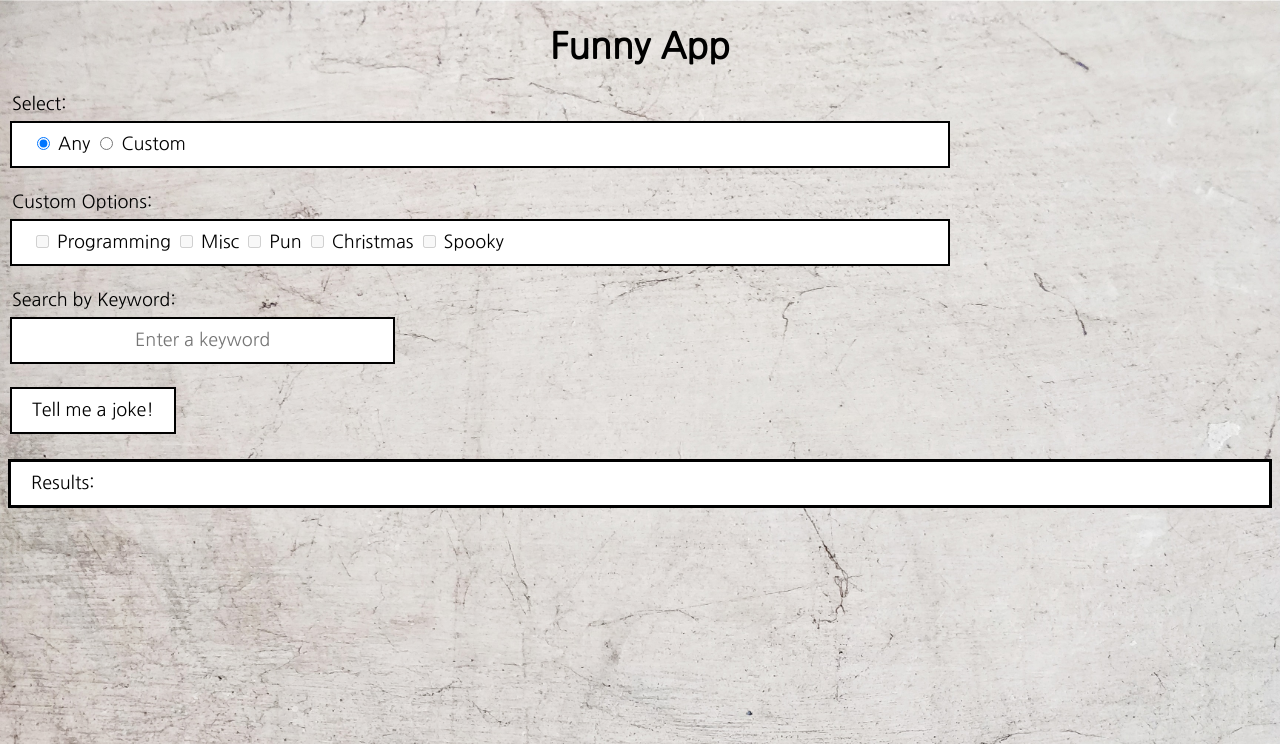
Repository: kaitlynMidori/dadJokeApi
Page: index.html
The author's editor kept a copy of each file at every save. The page is drawn from the files as they stood at one save, then again after the next save.
The browser window is 1280 px wide. The pictures show the whole page.
Some web libraries are served in a nearby version.

Above is the page before, as saved 2021-01-08 12:52:38.

### index.html
<!DOCTYPE html>
<html lang="en">
<head>
    <meta charset="UTF-8">
    <meta name="viewport" content="width=device-width, initial-scale=1.0">
    <title>Joke App</title>
    <link href="style.css" rel="stylesheet" type="text/css" />
    <link rel="preconnect" href="https://fonts.gstatic.com">
    <link href="https://fonts.googleapis.com/css2?family=Nanum+Gothic&display=swap" rel="stylesheet">

</head>
<body>
    <div id="container">
        <header>
            <h1>Funny App</h1>
        </header>

        <legend>Select:</legend>
        <fieldset id="select">
                <div id="form-check">
                    <input type="radio"  id="any" name="type" value="Any" checked>
                    <label for="any">Any</label>

                    <input type="radio"  id="custom" name="type" value="Custom">
                    <label for="custom">Custom</label>
                </div>
        </fieldset>

        <br>

        <legend>Custom Options:</legend>
        <fieldset id="options" disabled>
                <div id="form-check form-check-inline">
                    <input type="checkbox" id="coding" name="category" value="Programming">
                    <label for="coding">Programming</label>

                    <input type="checkbox" id="misc" name="category" value="Miscellaneous">
                    <label for="misc">Misc</label>

                    <input type="checkbox" id="pun" name="category" value="Pun">
                    <label for="pun">Pun</label>

                    <input type="checkbox" id="chris" name="category" value="Christmas">
                    <label for="chris">Christmas</label>

                    <!-- <input type="checkbox" id="dark" name="category" value="dark">
                    <label for="dark">Dark</label> -->

                    <input type="checkbox" id="spooky" name="category" value="spooky">
                    <label for="spooky">Spooky</label>
                </div>
        </fieldset>


        <br>

            <form>
                <legend>Search by Keyword:</legend>
                <input type="form-control" placeholder="Enter a keyword" id="keyword">
            </form>

            <br>

            <button type="submit" id="submit button">Tell me a joke!</button>

            <section id="results">
                <article> Results:</article>
                <div id="result"></div>
            </section>
    </div>

    <script src="https://code.jquery.com/jquery-3.2.1.min.js"
          integrity="sha256-hwg4gsxgFZhOsEEamdOYGBf13FyQuiTwlAQgxVSNgt4="
          crossorigin="anonymous"></script>
    <script src="app.js"></script>
</body>
</html>

### style.css
body{
    margin: 0;
    background: cover;
    background-size: cover;
    background-repeat: no-repeat;
    background-image: url("screenshots/white-teal backdrop.jpg");
    /* background-image: linear-gradient(120deg, #a1c4fd 0%, #c2e9fb 100%); */
    min-height: 100vh;
    font-size: 18px;
}

* {
    font-family: 'Nanum Gothic', sans-serif;
    color: black;
}

header {
    width: 100%;
    margin-top: 5px;
    justify-content: center;
}

h1 {
    text-align: center;
}

button{
    background-color: white;
    border-style: solid;
    border-color: black;
    margin-left: 10px;
    height: auto;
    font-size: 18px;
    font-weight: 500;
    text-align: center;
    color: black;
    cursor: pointer;
    margin-bottom: 0;
    /* border-radius: 3px; */
    padding: 10px 20px;
}

#keyword {
    border-style: solid;
    border-color: black;
    margin-left: 10px;
    height: auto;
    font-size: 18px;
    font-weight: 500;
    text-align: center;
    color: black;
    cursor: pointer;
    margin-bottom: 0;
    /* border-radius: 3px; */
    padding: 10px 20px;
}

#options{
    background-color: white;
    border-style: solid;
    border-color: black;
    margin-left: 10px;
    width: 70%;
    padding: 10px 20px;
    font-size: 18px;
}

#select {
    background-color: white;
    border-style: solid;
    border-color: black;
    margin-left: 10px;
    width: 70%;
    padding: 10px 20px;
    font-size: 18px;
}

legend {
    margin-left: 10px;
    margin-bottom: 5px;
}

#result {
    margin-left: 10px;
}

#results {
    background-color: white;
    border-style: solid;
    border-color: black;
    margin-top: 25px;
    margin-left: 8px;
    margin-right: 8px;
    padding: 10px 20px;
}

### app.js
//declare 'option', 'custom', 'any' element id's
let option = document.getElementById("options");
let custom = document.getElementById("custom");
let any = document.getElementById("any");

//add event listener on click
//if 'any' option checked
//disable options
any.addEventListener("click", (e)=>{
    if(e.target.checked){
        option.disabled = true;
    }
});

//add event listener on click
//if 'custom' option checked
//enable options
custom.addEventListener("click", (e)=>{
    if(e.target.checked){
        option.disabled = false;
    }
});

//declare asyncrynous getJoke
const getJoke = async () => {
    //declare result  = HTML div 'result' element id
    let result = document.getElementById('result');
    //replace result element with empty string
    result.innerHTML = "";
    //declare checkboxes= filter category checkboxes for checked
    let checkboxes = [...document.getElementsByName('category')].filter((checkbox)=>checkbox.checked);
    //declare category as empty string
    let category = "";
    //if 'any' type is checked
    if(any.checked){
        //category = 'any'
        category = "Any";
    }
    //if 'custom' type is checked
    if(custom.checked){
        //category = map to join checked category values
        category = checkboxes.map((c)=>c.value).join();
    }
    //console.log user selected joke category
    console.log(category);
    //declare url = dynamically generate url inserting user selected category
    let url = `https://v2.jokeapi.dev/joke/${category}`;
    // declare keyword = HTML form div 'keyword' element id
    let keyword = document.getElementById("keyword").value;
    //if keyword does not equal empty; dynamically generate url with user keyword input
    if(keyword != ""){
        url = `https://v2.jokeapi.dev/joke/${category}?contains=${keyword}`;
    }
    console.log(url);
    const response = await fetch(url);
    const data = await response.json();
    console.log(data);

    //if JSON data response = API doc response 'single'
    if(data.type == "single"){
        //insert API doc 'joke' into response element
        result.innerHTML = `<h3>${data.joke}</h3>`;
    }
    //if JSON data response = API doc response 'twopart'
    if(data.type == "twopart"){
        //insert API doc 'setup' into response element
        result.innerHTML = `<h3>${data.setup}</h3>`;
        //display 'delivery' after 1 second
        setTimeout(()=>{
            //insert API doc 'delivery' into response element
            result.innerHTML += `<h3>${data.delivery}</h3>`;
        },1000);
    }
}

//declare submit = HTML button 'submit button'
let submit = document.getElementById('submit button');
//upon 'submit', add event listener for 'click and activate 'getJoke'
submit.addEventListener("click", getJoke);

After the next save:
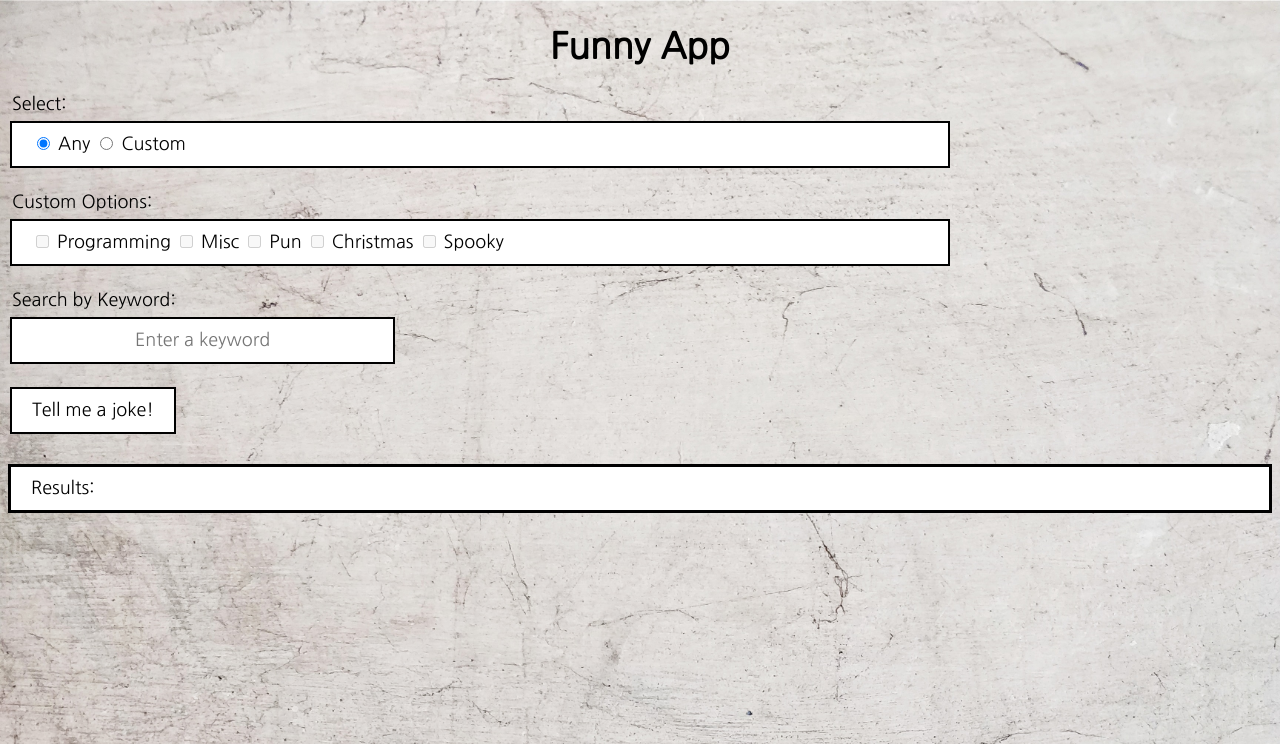
Saved 4 s later.
--- a/style.css
+++ b/style.css
@@ -88,7 +88,7 @@ legend {
     background-color: white;
     border-style: solid;
     border-color: black;
-    margin-top: 25px;
+    margin-top: 30px;
     margin-left: 8px;
     margin-right: 8px;
     padding: 10px 20px;
